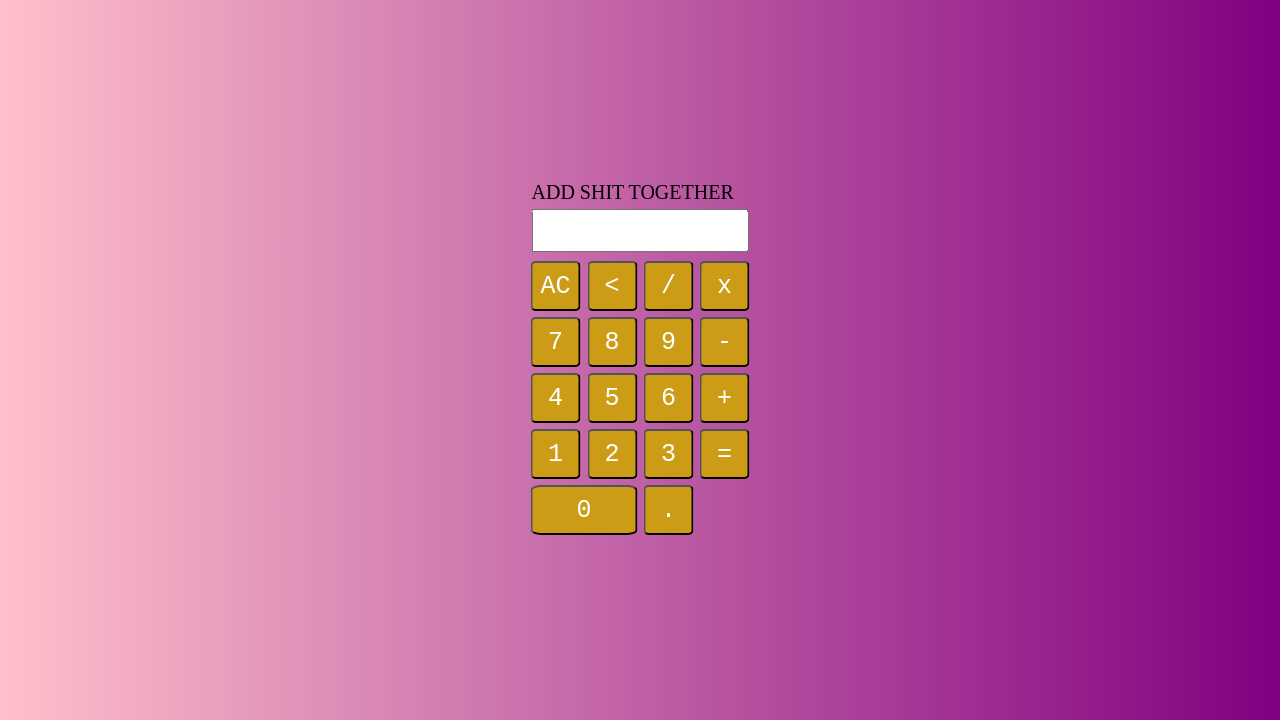
Repository: lacey-crenshaw/calculator
Page: index.html
These files come from the project's save history. The page is drawn as it stood at one moment and after the next save; the edit follows.
The browser window is 1280 px wide. The pictures show the whole page.
Some web fonts or font styles are not loaded; a fallback is used.

Above is the page before, as saved 2020-02-14 10:21:00.

After the next save:
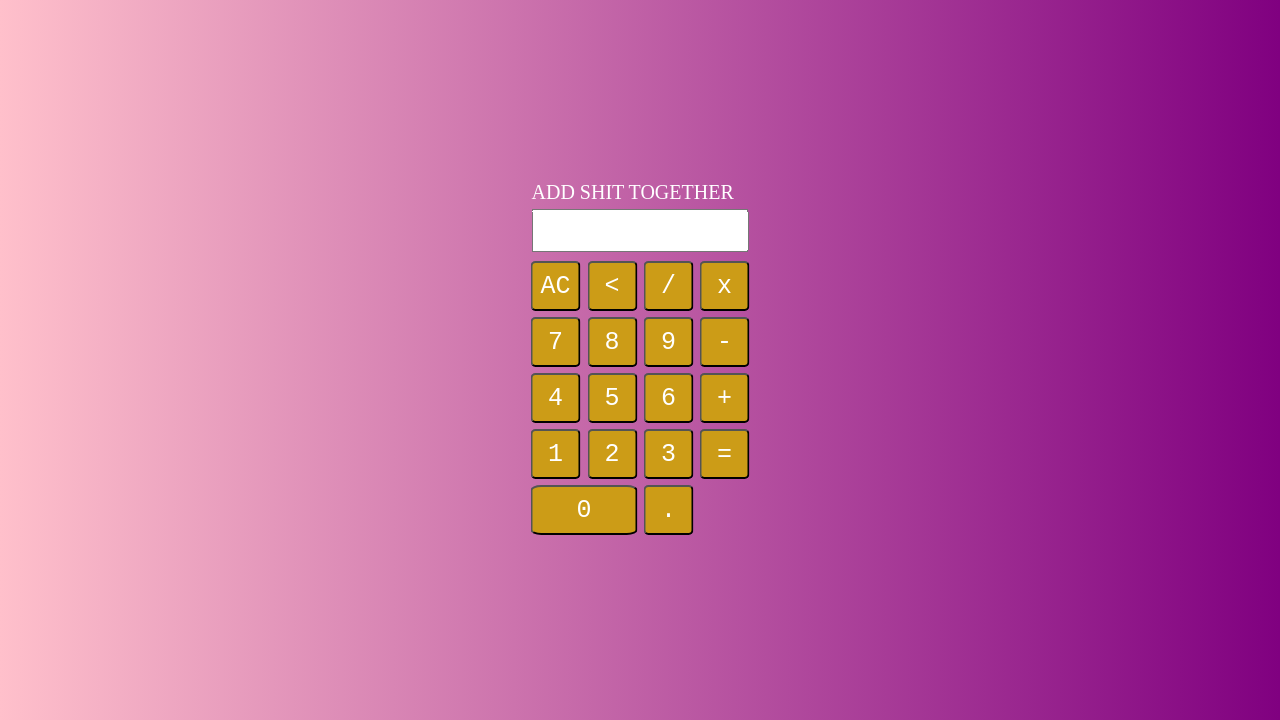
Saved 12 s later.
--- a/style.css
+++ b/style.css
@@ -30,7 +30,7 @@
     width: 217;
     margin: 5;
     font-size: 20;
-    vertical-align: middle;
+    color: white;
 
 }
 
